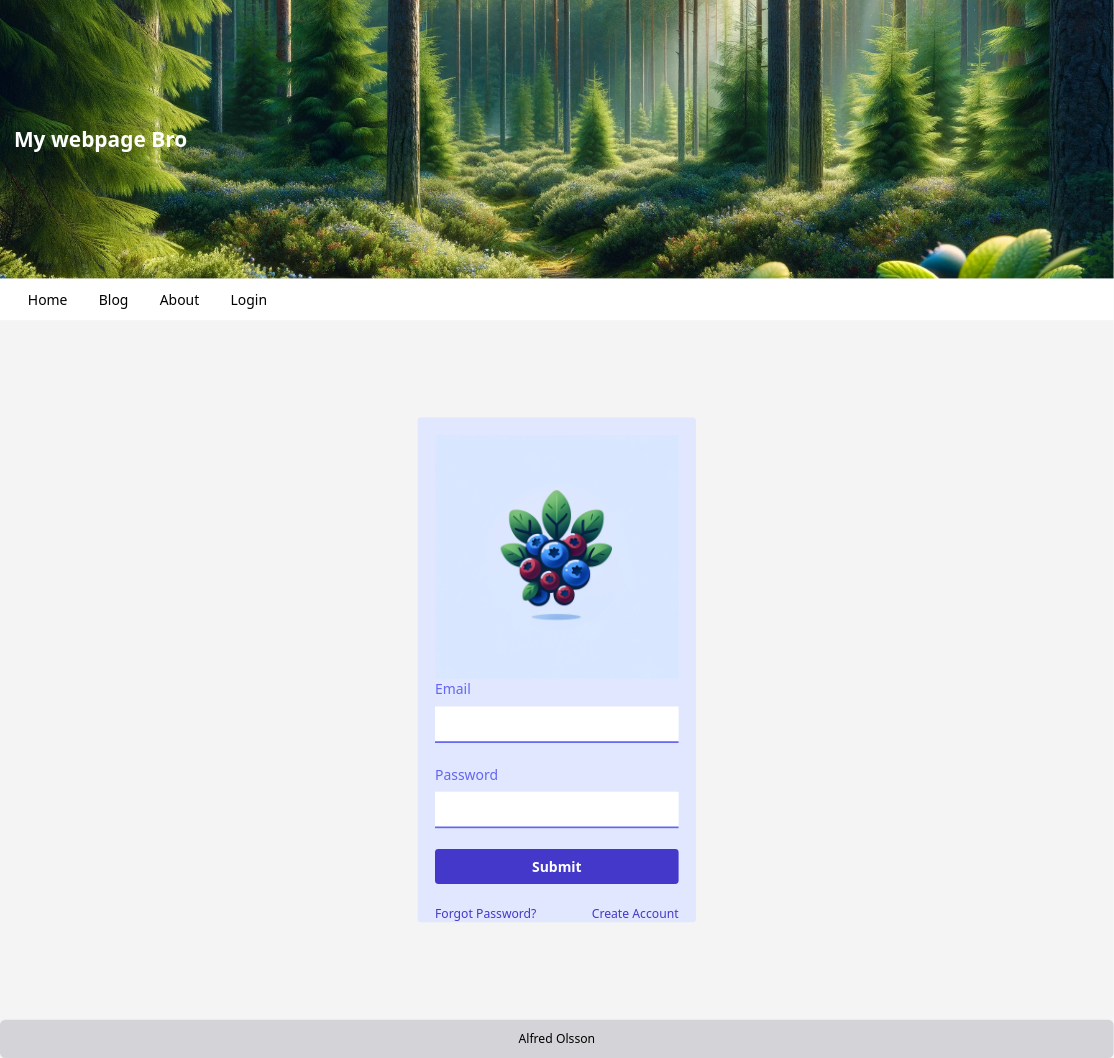
Repository: AlligatorAffe/reactWebsite
Page: /pages/login
The author's editor kept a copy of each file at every save. The page is drawn from the files as they stood at one save, then again after the next save.
The browser window is 1280 px wide. The pictures show the whole page, at 87% of full size.
The project was rebuilt for these pictures with package versions that can differ from the ones it lists, and the page was loaded fresh each time. Also part of the build but not shown: vite.config.ts, src/Pages/blog.tsx, src/Pages/about.tsx, src/Components/Animation.tsx, src/Pages/noPage.tsx, src/Pages/Home.tsx.

Above is the page before, as saved 2024-02-05 22:47:54.

After the next save:
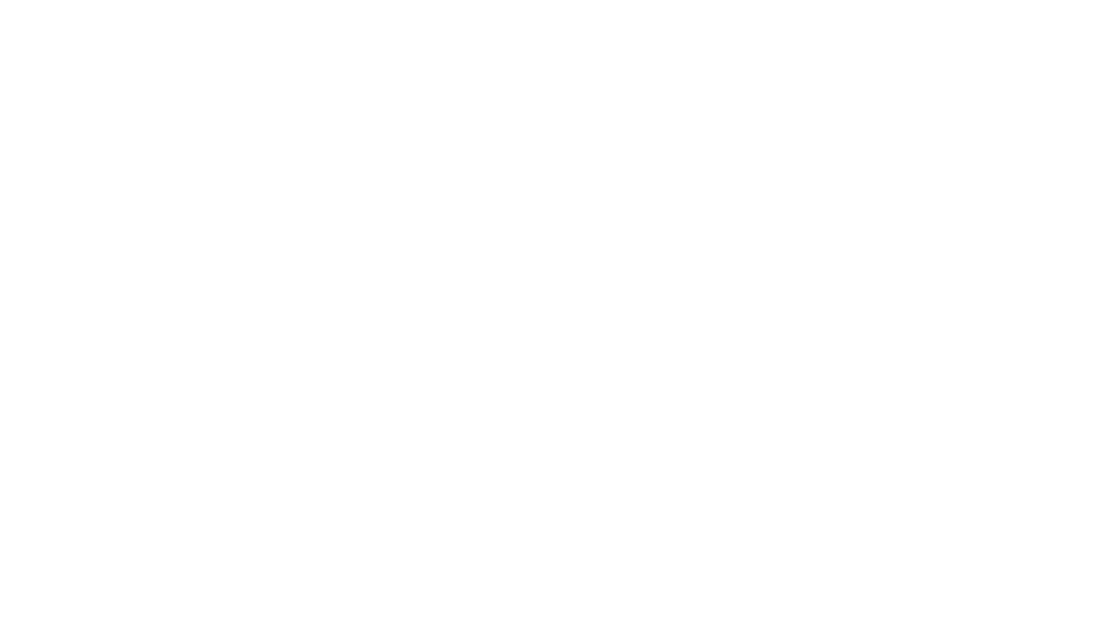
Console error: ReferenceError: token is not defined
Saved 37 s later.
--- a/src/Pages/login.tsx
+++ b/src/Pages/login.tsx
@@ -7,7 +7,7 @@
   const [email, setEmail] = useState("");
   const [password, setPassword] = useState("");
   const [error, setError] = useState(""); // State to handle error
-  const loggedIn = isUserLoggedIn();
+  const loggedIn = isUserLoggedIn(token);
 /*
   useEffect(() => {
     const isLoggedIn = localStorage.getItem("IsloggedIn");
@@ -45,9 +45,9 @@
         case 200:
           console.log("success code 200");
           //navigate("/");
-          setEmail("")
-          setPassword("")
-
+          setEmail("");
+          setPassword("");
+          isUserLoggedIn(token);
           break;
         case 400:
           setError("Incorrect username or password");

After the 3 saves that followed:
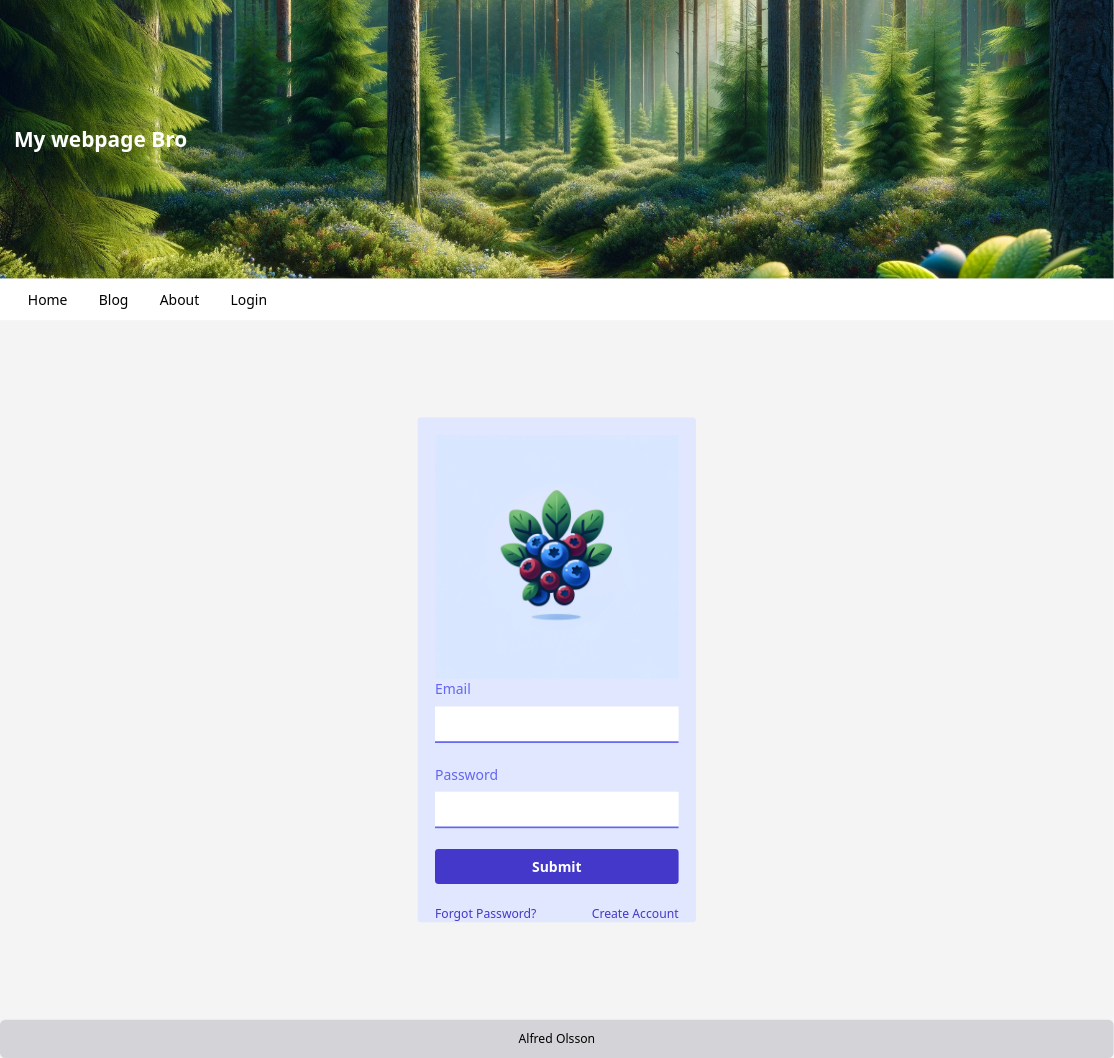
The error is gone.
The 3 saves are shown as one change because 1 did not build or start and 1 left the picture as it was.
The last was saved 52 s later.
--- a/src/Pages/login.tsx
+++ b/src/Pages/login.tsx
@@ -7,7 +7,8 @@
   const [email, setEmail] = useState("");
   const [password, setPassword] = useState("");
   const [error, setError] = useState(""); // State to handle error
-  const loggedIn = isUserLoggedIn(token);
+  let variable2 = 1
+  const loggedIn = isUserLoggedIn(variable2);
 /*
   useEffect(() => {
     const isLoggedIn = localStorage.getItem("IsloggedIn");
